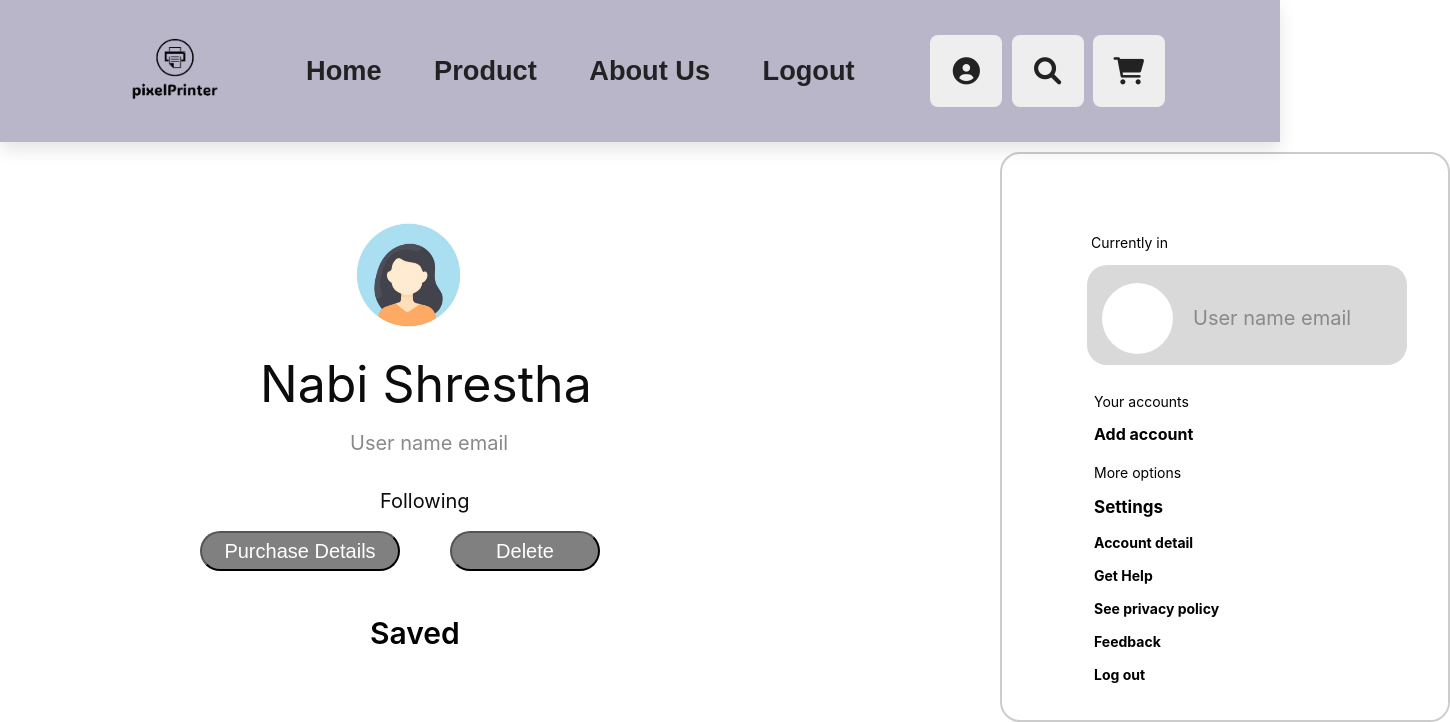
Repository: happy-kitty0821/PixlePrinters
Page: http://localhost/PixlePrint/UserProfile
These files come from the project's save history. The page is drawn as it stood at one moment and after the next save; the edit follows.
The browser window is 1280 px wide. The page is 1450 px wide, so the pictures cover 1450 px, including what lies to the right of the window. The pictures show the whole page.
The page is served by Tomcat 9. The session is filled in as if someone had signed in: {"username": "testuser", "userId": 1, "accountType": "admin"}. Queries for data that is not in the repository find no rows.

Above is the page before, as saved 2024-05-09 15:12:05.

After the next save:
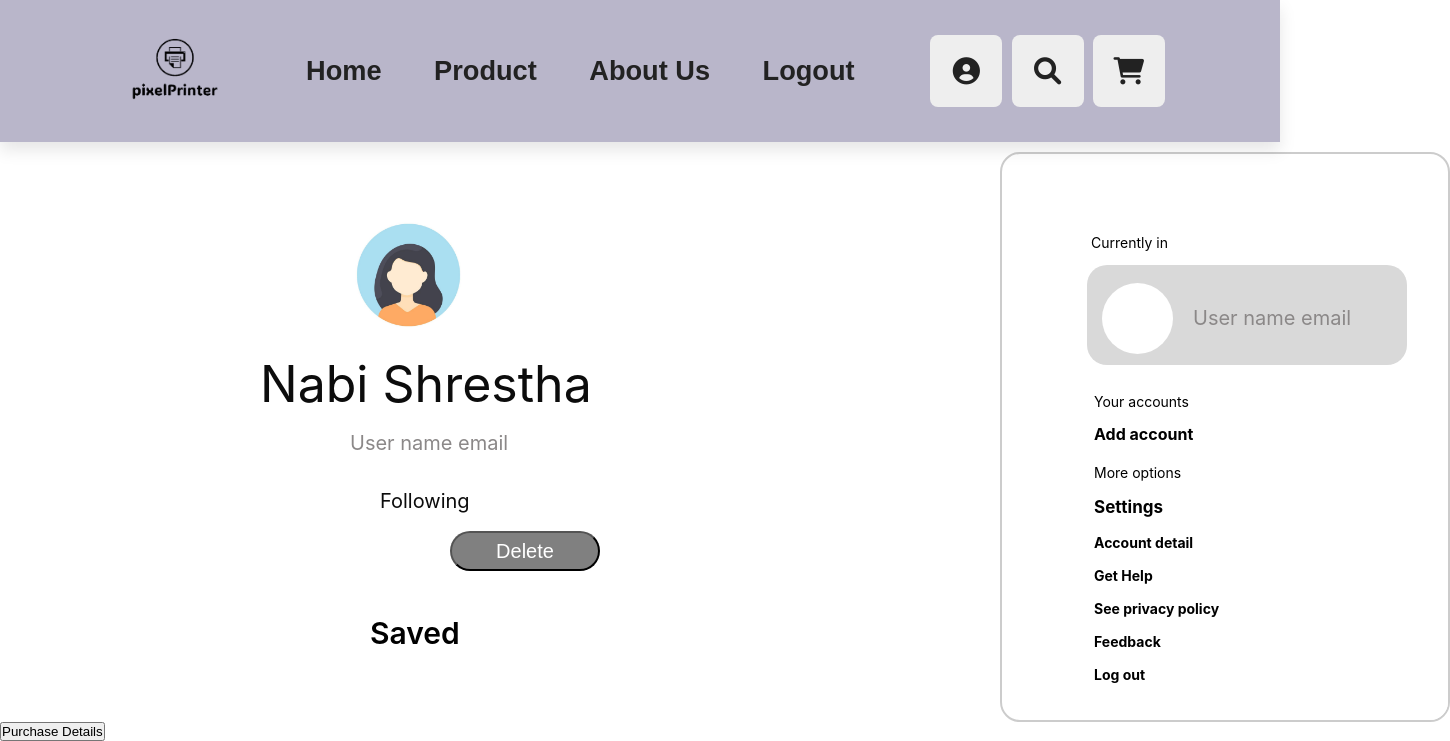
Saved 20 min 3 s later.
--- a/PixlePrint/src/main/webapp/pages/ProfilePage.jsp
+++ b/PixlePrint/src/main/webapp/pages/ProfilePage.jsp
@@ -32,7 +32,7 @@
     </div>
     <div >
 
-        <button style="left: 200px; top: 531px; position: absolute; font-size:20px; background-color: grey; color: white;border-radius:25px; width:200px; height: 40px;">Purchase Details</button>
+        <button href="" "style="left: 200px; top: 531px; position: absolute; font-size:20px; background-color: grey; color: white;border-radius:25px; width:200px; height: 40px;">Purchase Details</button>
         <button style="left: 450px; top: 531px; position: absolute; font-size:20px; background-color: grey; color: white;border-radius:25px; width:150px; height: 40px;">Delete</button>
         <div style="left: 370px; top: 616px; position: absolute; color: black; font-size: 30px; font-family: Inter; font-weight: 600; line-height: 35px; word-wrap: break-word">Saved</div>
         <img style="width: 137px; height: 136px; left: 340px; top: 207px; position: absolute" src="Images\Girl.jpg" />

After the save that followed:
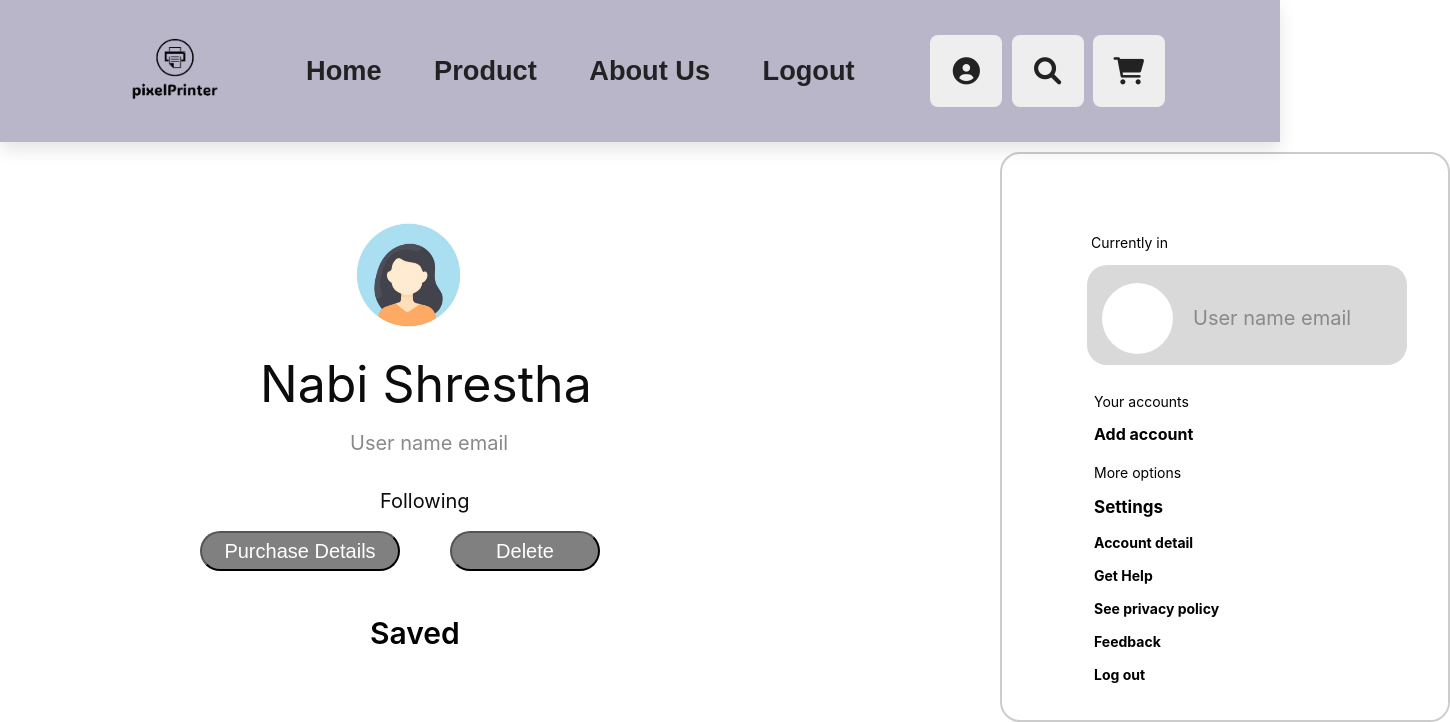
Saved 4 s later.
--- a/PixlePrint/src/main/webapp/pages/ProfilePage.jsp
+++ b/PixlePrint/src/main/webapp/pages/ProfilePage.jsp
@@ -32,7 +32,7 @@
     </div>
     <div >
 
-        <button href="" "style="left: 200px; top: 531px; position: absolute; font-size:20px; background-color: grey; color: white;border-radius:25px; width:200px; height: 40px;">Purchase Details</button>
+        <button href="" style="left: 200px; top: 531px; position: absolute; font-size:20px; background-color: grey; color: white;border-radius:25px; width:200px; height: 40px;">Purchase Details</button>
         <button style="left: 450px; top: 531px; position: absolute; font-size:20px; background-color: grey; color: white;border-radius:25px; width:150px; height: 40px;">Delete</button>
         <div style="left: 370px; top: 616px; position: absolute; color: black; font-size: 30px; font-family: Inter; font-weight: 600; line-height: 35px; word-wrap: break-word">Saved</div>
         <img style="width: 137px; height: 136px; left: 340px; top: 207px; position: absolute" src="Images\Girl.jpg" />
